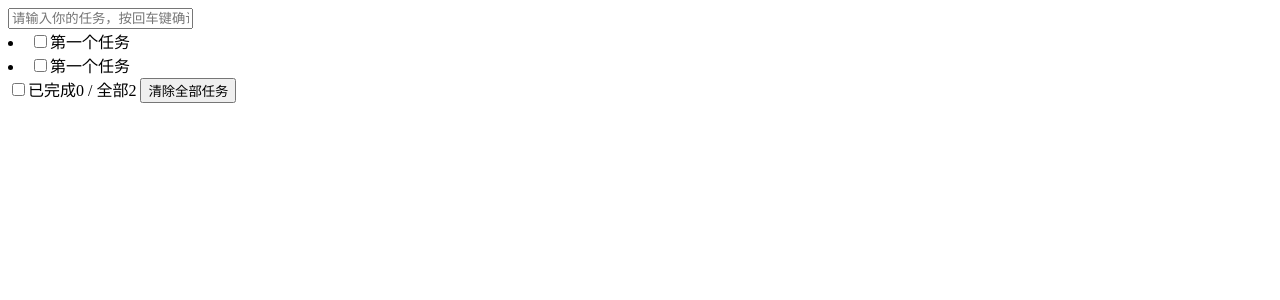
Repository: Lixianlai-2/The-journey-of-learning-Vue
Page: / (app in afterVueCli/Vue_Test/)
The author's editor kept a copy of each file at every save. The page is drawn from the files as they stood at one save, then again after the next save.
The browser window is 1280 px wide. The pictures show the whole page.
The project was rebuilt for these pictures with package versions that can differ from the ones it lists, and the page was loaded fresh each time.

Above is the page before, as saved 2022-04-14 19:43:31.

After the next save:
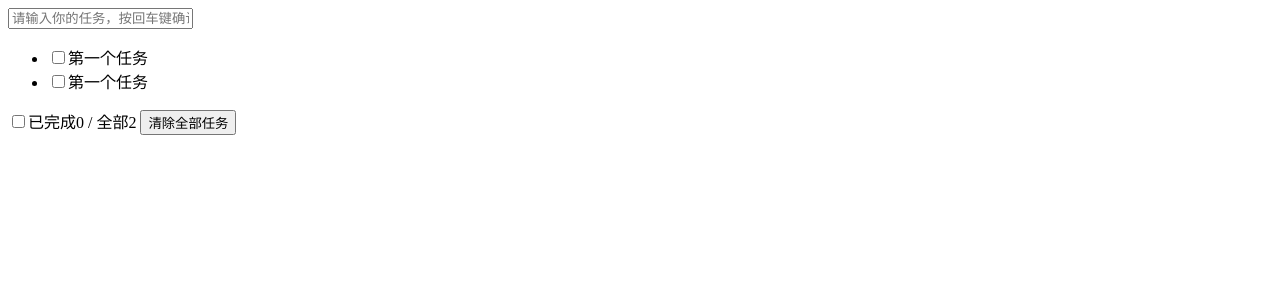
Saved 56 s later.
--- a/afterVueCli/Vue_Test/src/components/myList.vue
+++ b/afterVueCli/Vue_Test/src/components/myList.vue
@@ -1,9 +1,9 @@
 <template>
-  <span class="todo-main">
+  <ul class="todo-main">
     <!-- 用props -->
     <myItem />
     <myItem />
-  </span>
+  </ul>
 </template>
 
 <script>

After the save that followed:
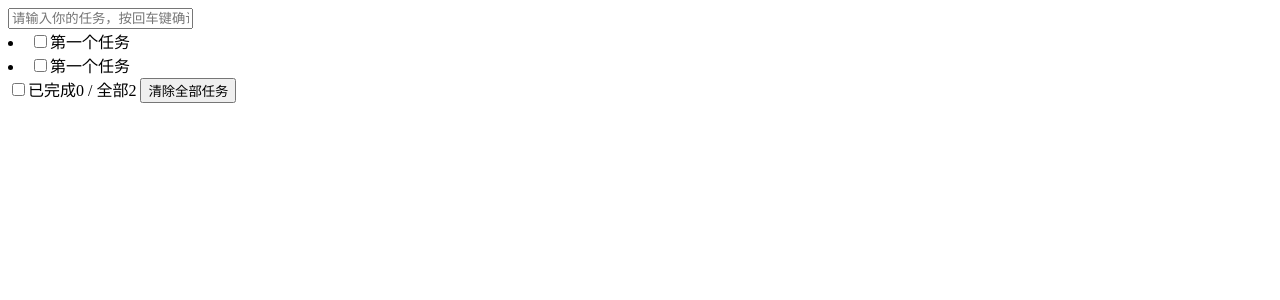
Saved 6 s later.
--- a/afterVueCli/Vue_Test/src/components/myList.vue
+++ b/afterVueCli/Vue_Test/src/components/myList.vue
@@ -1,9 +1,9 @@
 <template>
-  <ul class="todo-main">
+  <span class="todo-main">
     <!-- 用props -->
     <myItem />
     <myItem />
-  </ul>
+  </span>
 </template>
 
 <script>
